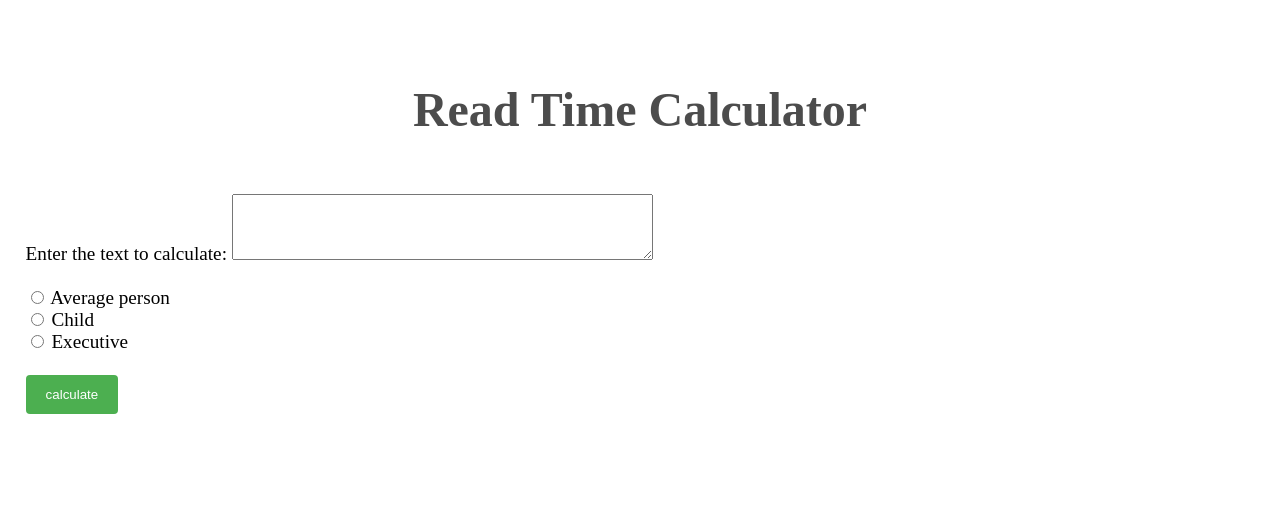
Repository: Full-Creative/Projects
Page: http://localhost/ReadTimeCalculator/
An editor plug-in stored every save of this project. The page is shown before and after the next save, followed by the edit.
The browser window is 1280 px wide. The pictures show the whole page.
The page is served by Tomcat 9. Other server files are loaded and not shown.

Above is the page before, as saved 2020-11-19 10:28:22.

### ReadTimeCalculator/src/main/webapp/index.html
<!DOCTYPE html>
<html xmlns="http://www.w3.org/1999/xhtml" lang="en">
<head>
<meta http-equiv="content-type"
	content="application/xhtml+xml; charset=UTF-8" />
<title>Read Time Calculator</title>
<link rel="stylesheet" href="mystyle.css">

</head>
<body>

 	<header>
		<h1>Read Time Calculator</h1>
	<!--	<nav>
			<a href="">Average Read Time</a> <a href="">Child Read Time</a> <a
				href="">Executive Read Time</a>
		</nav>-->
	</header>
	<section class="userInput">
		<!--  <form action="/result" method="post" id="calculator">-->
		<label for="data">Enter the text to calculate:</label>
		<textarea id="data" name="data" rows="4" cols="50"></textarea>
		<br>
		<br> <input type="radio" id="average" name="type" value="average">
		<label for="type">Average person</label><br> <input type="radio"
			id="child" name="type" value="child"> <label for="type">Child</label><br>
		<input type="radio" id="executive" name="type" value="executive">
		<label for="type">Executive</label> <br>
		<br> <input type="submit" value="calculate" id="calculate">
		<br>
		<br>
		<div id="readTime"></div>
		<!-- </form>-->
	</section>
	<!--   <script src="http://code.jquery.com/jquery-latest.min.js"></script>-->
	<script src="script.js"></script>
</body>

</html>

### ReadTimeCalculator/src/main/webapp/mystyle.css
body {
	margin: 1%;
	padding: 1%;
	font-size: 100%;
}

header, footer {
	padding: 1%;
	margin: 1%;
}

header h1 {
	font-size: 3rem;
	color: rgba(0, 0, 0, .7);
	text-align: center;
}

nav {
	display: block;
	background-color: white;
	border: 1px solid black;
	text-align: center;
	border-radius: 35px;
	text-decoration: none;
	padding: 2%;
	margin: 1%;
}

nav a {
	padding: 1%;
	font-size: 1.2em;
}

.userInput {
	font-size: 1.2em;
}

.userInput a {
	padding: 1%;
}
.userInput #calculate {
  background-color: #4CAF50;
  color: white;
  padding: 12px 20px;
  border: none;
  border-radius: 4px;
  cursor: pointer;
}

### ReadTimeCalculator/src/main/webapp/script.js
var element = document.querySelector('#calculate');

element.addEventListener("click", function() {
	onChangeSubmitCallWebServiceAJAX();
});
function onChangeSubmitCallWebServiceAJAX() {
	var data = document.getElementById("data").value;
	var type = document.querySelector('input[name="type"]:checked').value;
	xhr = new XMLHttpRequest();
	xhr.open('POST', 'time');
	xhr.setRequestHeader('Content-Type', 'application/json');
	xhr.onload = function() {
		if (xhr.status === 200 && xhr.readyState == 4) {
			document.getElementById('readTime').innerHTML = 'The read time of ' + JSON.parse(xhr.responseText).type + ' is ' + JSON.parse(xhr.responseText).minutes + ' minutes';
		}
		else if (xhr.status !== 200) {
			alert('Request failed.  Returned status of ' + xhr.status);
		}
	};

	xhr.send(JSON.stringify({
		text: data,
		type: type
	}));

}

After the next save:
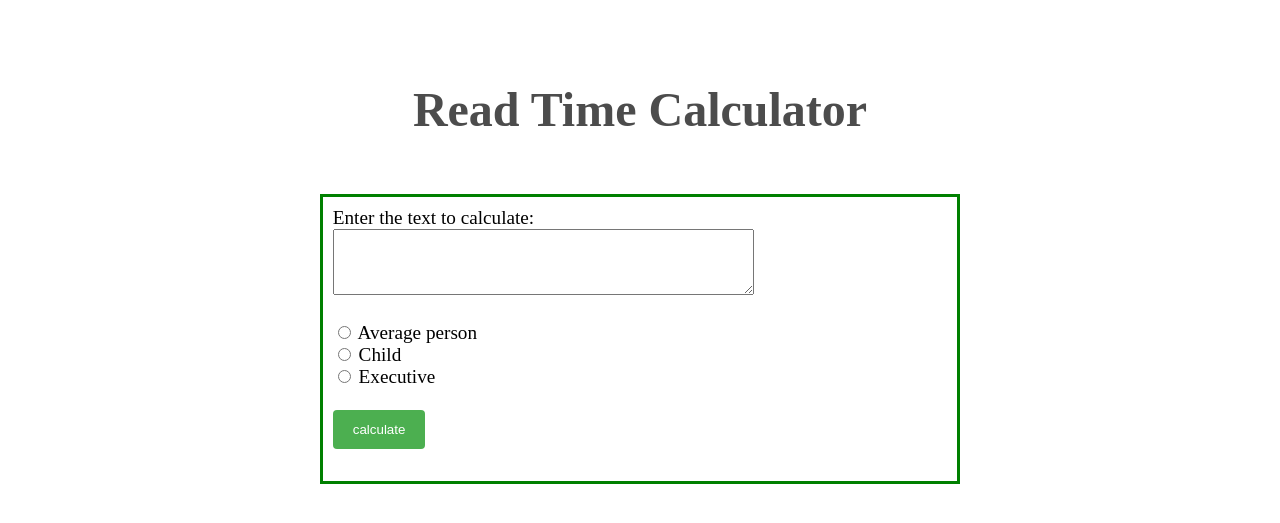
Saved 52 s later.
--- a/ReadTimeCalculator/src/main/webapp/mystyle.css
+++ b/ReadTimeCalculator/src/main/webapp/mystyle.css
@@ -33,16 +33,21 @@ nav a {
 
 .userInput {
 	font-size: 1.2em;
+	margin: auto;
+	width: 50%;
+	border: 3px solid green;
+	padding: 10px;
 }
 
 .userInput a {
 	padding: 1%;
 }
+
 .userInput #calculate {
-  background-color: #4CAF50;
-  color: white;
-  padding: 12px 20px;
-  border: none;
-  border-radius: 4px;
-  cursor: pointer;
+	background-color: #4CAF50;
+	color: white;
+	padding: 12px 20px;
+	border: none;
+	border-radius: 4px;
+	cursor: pointer;
 }
